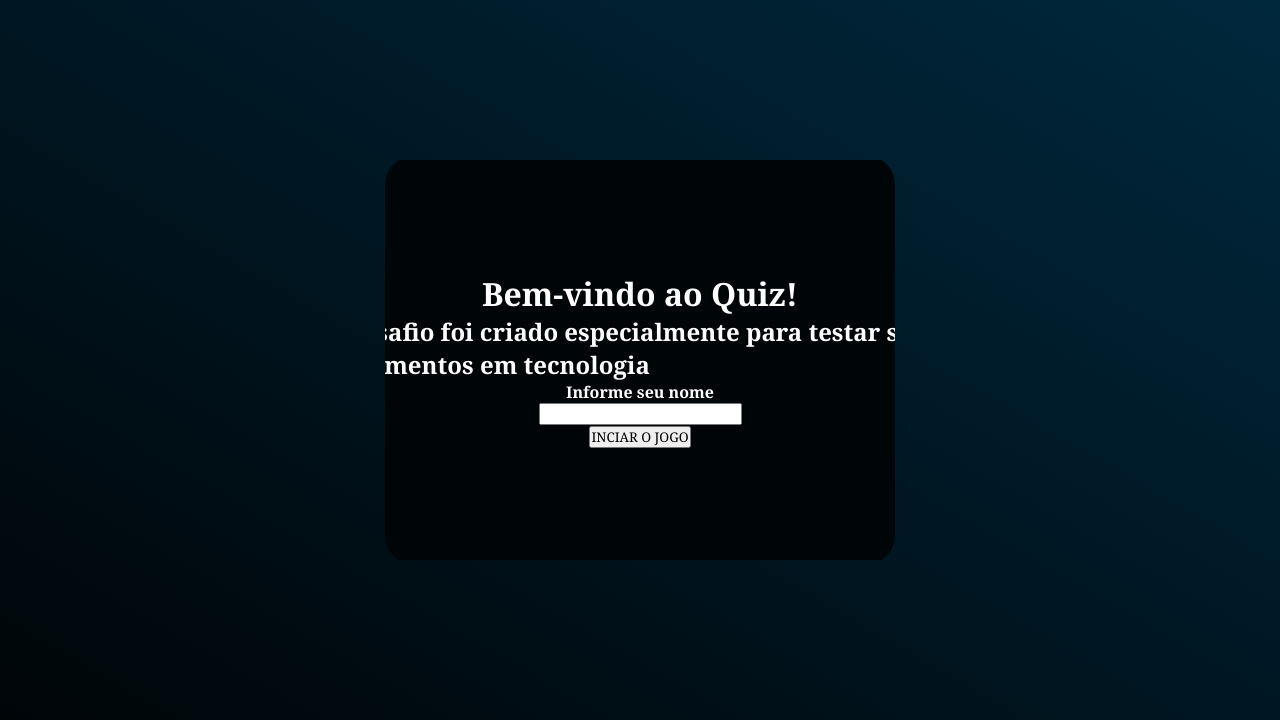
Repository: LaisSilvaO/Projeto-Quizz
Page: telas/apresentação.html
The author's editor kept a copy of each file at every save. The page is drawn from the files as they stood at one save, then again after the next save.
The browser window is 1280 px wide. The pictures show the whole page.

Above is the page before, as saved 2024-12-25 21:23:19.

### telas/apresentação.html
<!DOCTYPE html>
<html lang="pt-br">

<head>
    <meta charset="UTF-8">
    <meta name="viewport" content="width=device-width, initial-scale=1.0">
    <title>Quiz</title>
    <link rel="stylesheet" href="../img/tela.css">
</head>

<body>
    <div class="box1">
        <div class="box2">
            <H1> Bem-vindo ao Quiz!</H1>

            <h2>Este desafio foi criado especialmente para testar seus conhecimentos em tecnologia


            </h2>
            <h4>Informe seu nome </h4>
            <input type="text" id="nome">
            <A href="index.html">
                <h4><button>INCIAR O JOGO</button></h4>
            </A>
        </div>
    </div>

</body>

</html>

### img/tela.css
* {
  margin: 0;
  padding: 0;
  box-sizing: border-box;
  font-family: Cambria, Cochin, Georgia, Times, 'Times New Roman', serif;
}

body {
  height: 100vh;
  display: flex;
  justify-content: center;
  align-items: center;
  background: linear-gradient(210deg, #00283d, #000508);
}

main {
  background-color: white;
  padding: 10px;
  border-radius: 10px;
  width: 100%;
  max-width: 600px;
  min-height: 400px;
  display: flex;
  justify-content: center;
  align-items: center;
}

.box1{
  position: relative;
  width: 510px;
  height: 410px;

  border-radius: 30px;
  display: flex;
  justify-content: center;
  align-items: center;
  flex-direction: column;
  overflow: hidden;

}
.box2 {
  position: relative;
  width: 700px;
  height: 400px;
  background-color: #000508;
  border-radius: 30px;
  display: flex;
  justify-content: center;
  align-items: center;
  flex-direction: column;
  overflow: hidden;
  color: white;
}

/* Borda animada externa */
.box1::before {
  content: '';
  position: absolute;
  top: 0;
  left: 0;
  width: 100%;
  height: 100%;
  border-radius: 30px;
  border: 0px solid transparent; /* Espessura da borda aumentada */
  background-image: linear-gradient(to bottom, #157815, #93b608);
  background-size: 400%; /* Aumenta o tamanho da animação da borda */
  animation: borderAnimation 6s linear  infinite ;
  z-index: -1; /* Garante que a borda fique atrás do conteúdo */
}

@keyframes borderAnimation {
  0% {
    top: 0px;
    left: 0px;
}
25% {
    top: 0px;
    left: 500px; /* Canto superior direito */
}
50% {
    top: 0px;
    left: 0px; /* Canto inferior direito */
}
75% {
    top: 500px;
    left: 0px; /* Canto inferior esquerdo */
}
100% {
    top: 500px;
    left: 0px;  /* Retorna ao canto superior esquerdo */
}
}

After the next save:
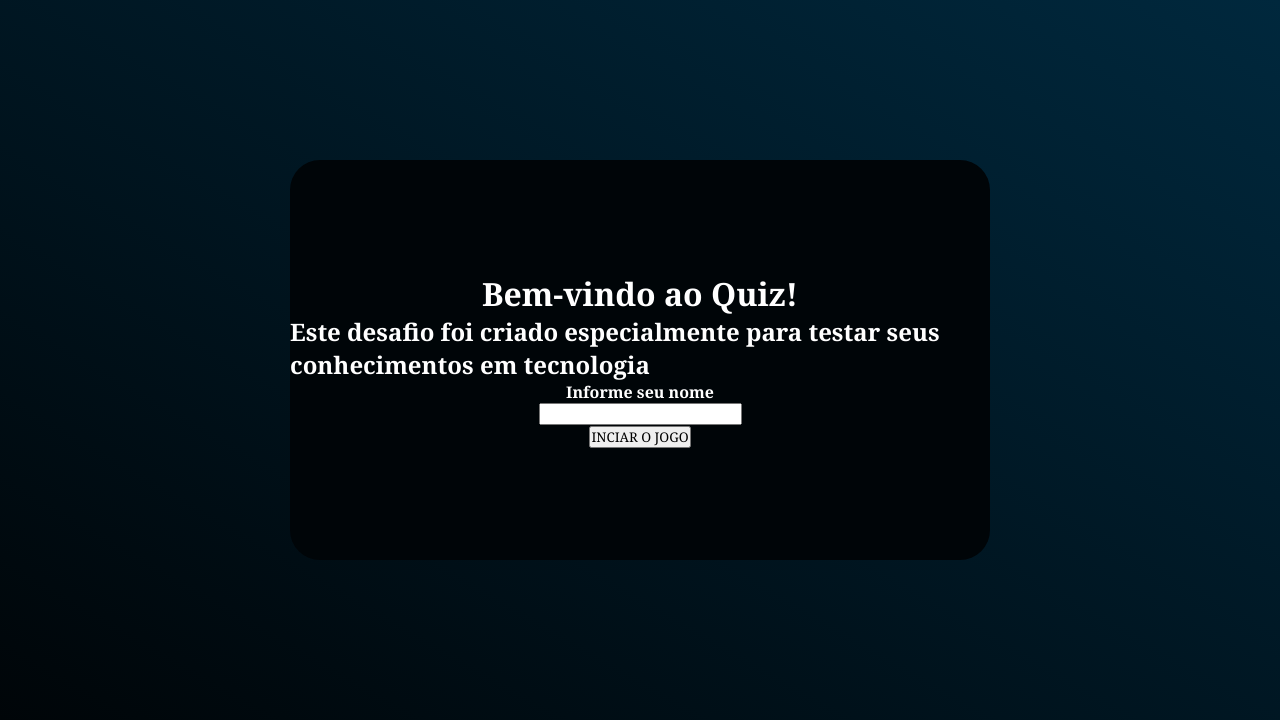
Saved 106 s later.
--- a/img/tela.css
+++ b/img/tela.css
@@ -27,7 +27,7 @@ main {
 
 .box1{
   position: relative;
-  width: 510px;
+  width: 700px;
   height: 410px;
 
   border-radius: 30px;
